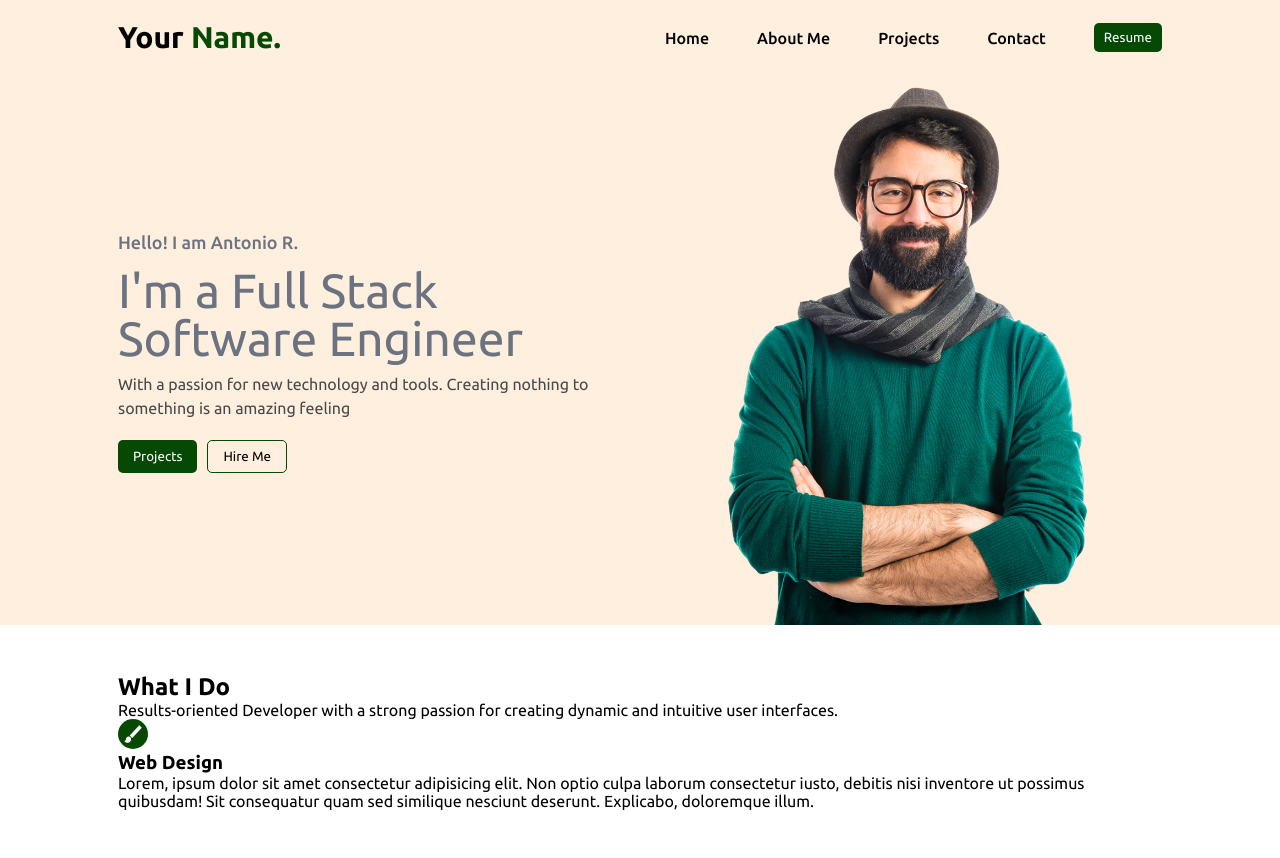
Repository: DevAntonioRogers/vanilla-portfolio
Page: index.html
An editor plug-in stored every save of this project. The page is shown before and after the next save, followed by the edit.
The browser window is 1280 px wide. The pictures show the whole page.

Above is the page before, as saved 2023-07-14 22:46:04.

### index.html
<!DOCTYPE html>
<html lang="en">
  <head>
    <meta charset="UTF-8" />
    <meta name="viewport" content="width=device-width, initial-scale=1.0" />
    <link rel="stylesheet" href="style.css" />
    <script type="module" src="https://unpkg.com/ionicons@7.1.0/dist/ionicons/ionicons.esm.js"></script>
    <script nomodule src="https://unpkg.com/ionicons@7.1.0/dist/ionicons/ionicons.js"></script>
    <title>Antonio Rogers</title>
  </head>
  <body>
    <nav>
      <div class="container navbar">
        <a href="/" aria-label="Home">
          <h1>Your <span>Name.</span></h1></a
        >
        <ul>
          <li>
            <a href="/" aria-label="Home">Home</a>
          </li>
          <li>
            <a href="/" aria-label="About Me">About Me</a>
          </li>
          <li>
            <a href="/" aria-label="Projects">Projects</a>
          </li>
          <li>
            <a href="/" aria-label="Contact">Contact</a>
          </li>
          <li>
            <a href="/resume.pdf" download aria-label="Download Resume">
              <button class="navbar-button">Resume</button>
            </a>
          </li>
        </ul>
      </div>
    </nav>

    <section class="hero">
      <div class="container hero-container">
        <div class="hero-info">
          <h4>Hello! I am Antonio R.</h4>
          <h1>I'm a Full Stack Software Engineer</h1>
          <p>With a passion for new technology and tools. Creating nothing to something is an amazing feeling</p>

          <div class="hero-btn-container">
            <button>Projects</button>
            <button>Hire Me</button>
          </div>
        </div>

        <div class="hero-image-container">
          <img src="hero.png" alt="" />
        </div>
      </div>
    </section>

    <section class="skills">
      <div class="container skills-container">
        <div class="skills-heading">
          <h2>What I Do</h2>
          <p>
            Results-oriented Developer with a strong passion for creating dynamic and
            <span>intuitive user interfaces</span>.
          </p>
        </div>

        <div>
          <div>
            <ion-icon name="brush-sharp"></ion-icon>
            <h3>Web Design</h3>
            <p>
              Lorem, ipsum dolor sit amet consectetur adipisicing elit. Non optio culpa laborum consectetur iusto,
              debitis nisi inventore ut possimus quibusdam! Sit consequatur quam sed similique nesciunt deserunt.
              Explicabo, doloremque illum.
            </p>
          </div>
        </div>
      </div>
    </section>
  </body>
</html>

### style.css
@import url("https://fonts.googleapis.com/css2?family=Ubuntu:wght@300;400;500;700&display=swap");

* {
  box-sizing: border-box;
  padding: 0;
  margin: 0;
  font-family: "Ubuntu", sans-serif;
}

a {
  text-decoration: none;
  color: inherit;
}

li {
  list-style: none;
}

.container {
  width: 89%;
  margin: auto;
  max-width: 1044px;
}

ion-icon {
  background-color: rgb(5, 73, 5);
  padding: 5px;
  font-size: 20px;
  color: white;
  border-radius: 50px;
}

/* NAVBAR STYLING */

nav {
  background: #feefde;
  padding: 20px 0;
}

.navbar {
  display: flex;
  justify-content: space-between;
  align-items: center;
}

.navbar h1 {
  font-size: 30px;
  font-weight: 700;
}

.navbar span {
  color: rgb(5, 73, 5);
}

.navbar ul {
  display: flex;
  align-items: center;
  gap: 3rem;
}

.navbar ul li {
  font-weight: 500;
}

.navbar-button {
  background-color: rgb(5, 73, 5);
  padding: 7px 10px;
  border-radius: 5px;
  color: white;
  border: none;
}

/* HERO STYLES */

.hero {
  background-color: #feefde;
}

.hero-container {
  display: grid;
  grid-template-columns: repeat(2, minmax(0, 1fr));
  align-items: center;
  gap: 1.5rem;
}

.hero-image-container {
  display: flex;
  justify-content: center;
  align-items: center;
}

.hero-info h4 {
  font-size: 1.12rem;
  line-height: 1.75rem;
  color: #6b7280;
  font-weight: 500;
  margin-bottom: 10px;
}

.hero-info h1 {
  font-size: 3rem;
  line-height: 1;
  color: #6b7280;
  font-weight: 400;
  margin-bottom: 10px;
}

.hero-info p {
  font-size: 1rem;
  line-height: 1.5rem;
  font-weight: 400;
  color: #48494b;
}

.hero-btn-container {
  margin-top: 20px;
  display: flex;
  gap: 10px;
}
.hero-btn-container button:nth-child(1) {
  background-color: rgb(5, 73, 5);
  color: white;
  border: none;
  padding: 8px 15px;
  border-radius: 5px;
}

.hero-btn-container button:nth-child(2) {
  background-color: transparent;
  padding: 8px 15px;
  border-radius: 5px;
  border: solid 1px rgb(5, 73, 5);
}

.hero-container img {
  height: 550px;
  position: relative;
}

/* Skills Styles */

.skills {
  padding: 3rem 0;
}

After the next save:
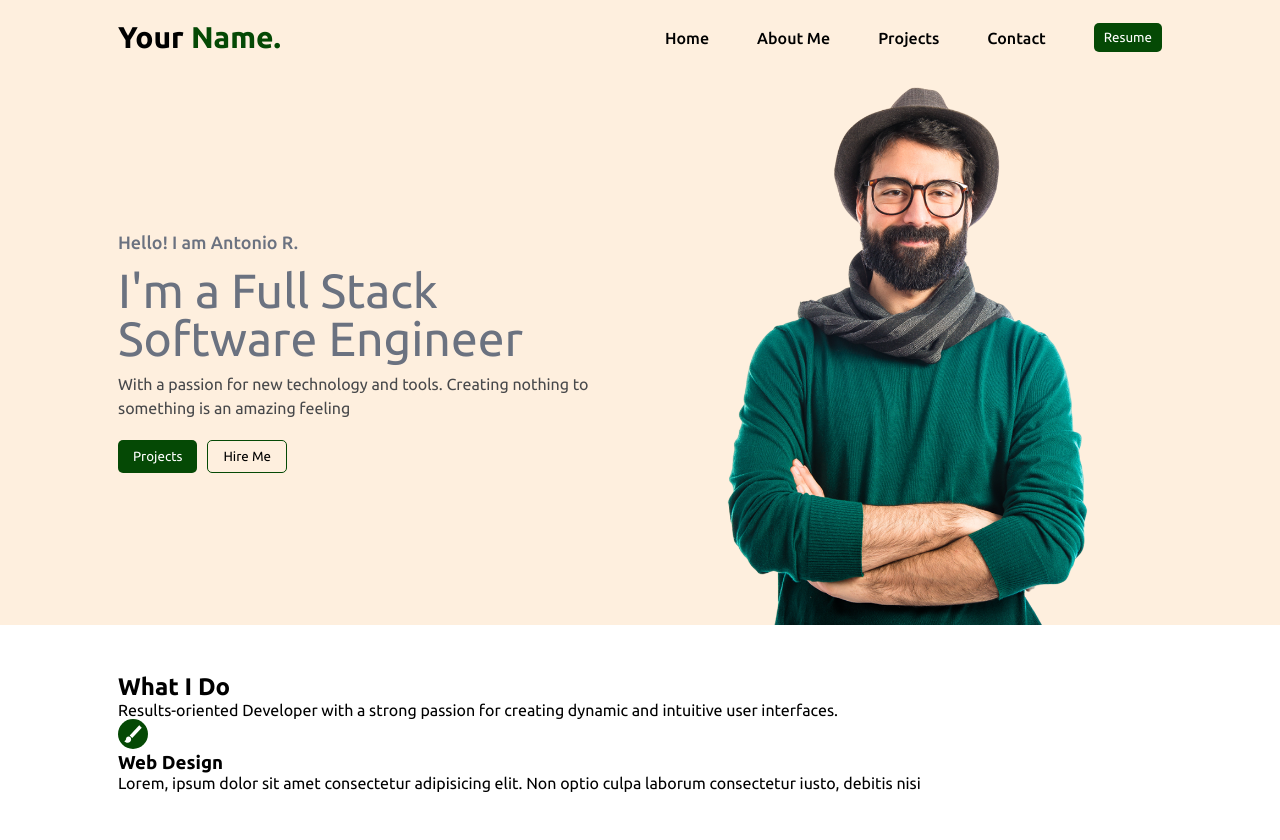
Saved 7 s later.
--- a/index.html
+++ b/index.html
@@ -71,8 +71,7 @@
             <h3>Web Design</h3>
             <p>
               Lorem, ipsum dolor sit amet consectetur adipisicing elit. Non optio culpa laborum consectetur iusto,
-              debitis nisi inventore ut possimus quibusdam! Sit consequatur quam sed similique nesciunt deserunt.
-              Explicabo, doloremque illum.
+              debitis nisi
             </p>
           </div>
         </div>
